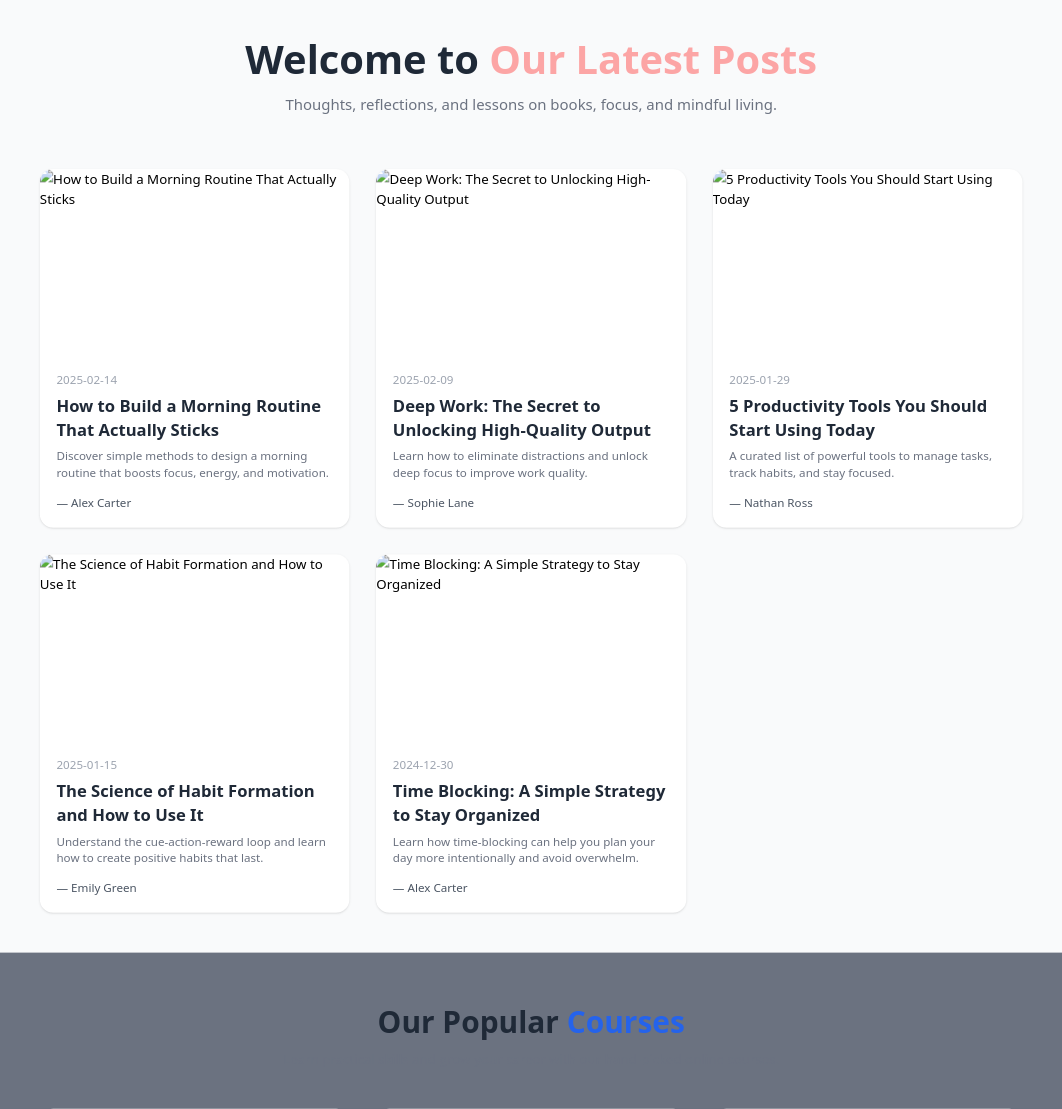
Repository: nazifat/portevalobashi
Page: /
An editor plug-in stored every save of this project. The page is shown before and after a run of saves, followed by the edit.
The browser window is 1280 px wide. The pictures show the part of the page from y = 872 to 2208 px (the page is 4009 px tall), at 83% of full size.
Pictures or frames that could not be fetched are drawn as grey boxes. The project was rebuilt for these pictures with package versions that can differ from the ones it lists, and the page was loaded fresh each time. Also part of the build but not shown: vite.config.js, src/Pages/ErrorPage/ErrorPage.jsx, src/Pages/Login/Login.jsx, src/Pages/Registration/Registration.jsx, src/Pages/Courses/Courses.jsx.

Above is the page before, as saved 2025-11-08 20:09:26.

### index.html
<!doctype html>
<html lang="en">
  <head>
    <meta charset="UTF-8" />
    <link rel="icon" type="image/svg+xml" href="https://i.ibb.co.com/RJhrnPz/learning.png" />
    <meta name="viewport" content="width=device-width, initial-scale=1.0" />
    <title>course-selling-client</title>
  </head>
  <body>
    <div id="root"></div>
    <script type="module" src="/src/main.jsx"></script>
  </body>
</html>

### src/main.jsx
import { StrictMode } from 'react'
import { createRoot } from 'react-dom/client'
import './index.css'
import {
  RouterProvider,
} from "react-router-dom";
import { router } from './Providers/RouterProvider';


createRoot(document.getElementById('root')).render(
  <StrictMode>
    <RouterProvider router={router} />
  </StrictMode>,
)

### src/index.css
@tailwind base;
@tailwind components;
@tailwind utilities;

/* Default bullet color */
.swiper-pagination-bullet {
  border-radius: 4px !important;
  width: 25px !important;
  height: 9px !important;
  background-color: white !important;
}

/* Active bullet color */
.swiper-pagination-bullet-active {
  background-color: palevioletred !important; /* Tailwind 'blue-600' */
  opacity: 1;
}

### src/Providers/RouterProvider.jsx
import {
    createBrowserRouter,
} from "react-router-dom";
import Root from "../Root/Root";
import Home from "../Pages/Home/Home";
import ErrorPage from "../Pages/ErrorPage/ErrorPage";
import Login from "../Pages/Login/Login";
import Registration from "../Pages/Registration/Registration";
import Courses from "../Pages/Courses/Courses";


export const router = createBrowserRouter([
    {
        path: "/",
        element: <Root></Root>,
        errorElement: <ErrorPage></ErrorPage>,
        children: [
            {
                path: "/",
                element: <Home></Home>
            },
            {
                path: "/login",
                element: <Login></Login>

            },
            {
                path: "/registration",
                element: <Registration></Registration>

            },
            {
                path: "/courses",
                element: <Courses></Courses>
            }

        ]
    },
]);

### src/Root/Root.jsx
import React from 'react';
import Navbar from '../Components/Shared/Navbar/Navbar';
import Footer from '../Components/Shared/Footer/Footer';
import { Outlet } from 'react-router-dom';

const Root = () => {
    return (
        <div>
            <Navbar></Navbar>
            <Outlet></Outlet>
            <Footer></Footer>
        </div>
    );
};

export default Root;

### src/Pages/Home/Home.jsx
import React from 'react';
import Banner from './Banner/Banner';
import HomeBlog from './HomeBlog/HomeBlog';
import CourseSection from './CourseSection/CourseSection';
import BookQuotes from './BookQuotes/BookQuotes';

const Home = () => {
    return (
        <div>
            <Banner></Banner>
            <HomeBlog></HomeBlog>
            <CourseSection></CourseSection>
            <BookQuotes></BookQuotes>

        </div>
    );
};

export default Home;

### src/Components/Shared/Navbar/Navbar.jsx
import React from 'react';
import { Link, NavLink } from 'react-router-dom';
import './Navbar.css'

const Navbar = () => {
    const navlinks = <>
        <li>
            <NavLink to="/">Home</NavLink>
        </li>
        <li>
            <NavLink to="/courses">Courses</NavLink>
        </li>
        <li>
            <NavLink to="/login">Login</NavLink>
        </li>
        <li>
            <NavLink to="/registration">Registration</NavLink>
        </li>


    </>
    return (
        <div className="navbar bg-base-100 custom-navbar">
            <div className="navbar-start ">
                <div className="dropdown">
                    <div tabIndex={0} role="button" className="btn btn-ghost lg:hidden">
                        <svg
                            xmlns="http://www.w3.org/2000/svg"
                            className="h-5 w-5"
                            fill="none"
                            viewBox="0 0 24 24"
                            stroke="currentColor">
                            <path
                                strokeLinecap="round"
                                strokeLinejoin="round"
                                strokeWidth="2"
                                d="M4 6h16M4 12h8m-8 6h16" />
                        </svg>
                    </div>
                    <ul
                        tabIndex={0}
                        className="menu menu-sm dropdown-content bg-base-100 rounded-box z-[1] mt-3 w-52 p-2 shadow">
                        {navlinks}
                    </ul>
                </div>
                <a className="btn btn-ghost text-xl">SkillMate</a>
            </div>
            <div className="navbar-center hidden lg:flex">
                <ul className="menu menu-horizontal px-1">
                    {navlinks}
                </ul>
            </div>
            <div className="navbar-end">
                <Link to="/login" className="btn">Login</Link>
            </div>
        </div>
    );
};

export default Navbar;

### src/Components/Shared/Footer/Footer.jsx
import React from "react";
import { FaFacebookF, FaTwitter, FaInstagram, FaLinkedinIn } from "react-icons/fa";

const Footer = () => {
  return (
    <footer className="bg-gray-900 text-gray-300 py-12 px-6 md:px-12">
      <div className="max-w-7xl mx-auto grid grid-cols-1 md:grid-cols-4 gap-8">
        {/* About Section */}
        <div>
          <h3 className="text-xl font-bold text-white mb-4">About Us</h3>
          <p className="text-gray-400">
            Welcome to Nazifa’s Blog — sharing insights, courses, and inspiration for mindful living and personal growth.
          </p>
        </div>

        {/* Quick Links */}
        <div>
          <h3 className="text-xl font-bold text-white mb-4">Quick Links</h3>
          <ul className="space-y-2">
            <li><a href="#" className="hover:text-blue-500 transition-colors">Home</a></li>
            <li><a href="#" className="hover:text-blue-500 transition-colors">Blog</a></li>
            <li><a href="#" className="hover:text-blue-500 transition-colors">Courses</a></li>
            <li><a href="#" className="hover:text-blue-500 transition-colors">About</a></li>
            <li><a href="#" className="hover:text-blue-500 transition-colors">Contact</a></li>
          </ul>
        </div>

        {/* Courses Links */}
        <div>
          <h3 className="text-xl font-bold text-white mb-4">Courses</h3>
          <ul className="space-y-2">
            <li><a href="#" className="hover:text-blue-500 transition-colors">React</a></li>
            <li><a href="#" className="hover:text-blue-500 transition-colors">JavaScript</a></li>
            <li><a href="#" className="hover:text-blue-500 transition-colors">UI/UX Design</a></li>
            <li><a href="#" className="hover:text-blue-500 transition-colors">MERN Stack</a></li>
          </ul>
        </div>

        {/* Social Media */}
        <div>
          <h3 className="text-xl font-bold text-white mb-4">Follow Us</h3>
          <div className="flex space-x-4">
            <a href="#" className="hover:text-blue-500 transition-colors"><FaFacebookF /></a>
            <a href="#" className="hover:text-blue-400 transition-colors"><FaTwitter /></a>
            <a href="#" className="hover:text-pink-500 transition-colors"><FaInstagram /></a>
            <a href="#" className="hover:text-blue-700 transition-colors"><FaLinkedinIn /></a>
          </div>
        </div>
      </div>

      {/* Bottom Text */}
      <div className="text-center text-gray-500 mt-12 text-sm">
        &copy; {new Date().getFullYear()} Nazifa’s Blog. All rights reserved.
      </div>
    </footer>
  );
};

export default Footer;

### src/Pages/Home/Banner/Banner.jsx
import React, { useRef, useState } from 'react';
// Import Swiper React components
import { Swiper, SwiperSlide } from 'swiper/react';

// Import Swiper styles
import 'swiper/css';
import 'swiper/css/pagination';
import slider from '/public/slider.json';

console.log(slider)



// import required modules
import { Pagination, Autoplay, EffectFade } from 'swiper/modules';

const Banner = () => {
    return (
        <div>
            <Swiper
                pagination={{ clickable: true }}
                modules={[Pagination, Autoplay, EffectFade]}
                autoplay={{
                    delay: 2000, // time between slides (in ms)
                    disableOnInteraction: false, // keeps autoplay even after user interaction
                }}
                // effect='fade'

                className="mySwiper">
                {slider.map(slide => (
                    <SwiperSlide key={slide.id}>
                        <div
                            className="hero min-h-[600px]"
                            style={{ backgroundImage: `url(${slide.image})` }}
                        >
                            <div className="hero-overlay bg-opacity-60"></div>
                            <div className="text-center text-neutral-content">
                                <div className="max-w-md">
                                    <h1 className="mb-5 text-5xl font-bold">{slide.heading}</h1>
                                    <p className="mb-5">{slide.subtext}</p>
                                    <button className="btn">Get Started</button>
                                </div>
                            </div>
                        </div>
                    </SwiperSlide>
                ))}
            </Swiper>

        </div>
    );
};

export default Banner;

### src/Pages/Home/HomeBlog/HomeBlog.jsx
import blog from '/public/data.json'
import { motion } from "framer-motion";

const HomeBlog = () => {
    return (
        <div>
            <div className="min-h-screen bg-gray-50 px-4 md:px-12 py-12">
                {/* Hero Section */}
                <div className="text-center mb-16">
                    <h1 className="text-4xl md:text-5xl font-bold text-gray-800 mb-4">
                        Welcome to <span className="text-red-300">Our Latest Posts</span>
                    </h1>
                    <p className="text-gray-500 text-lg max-w-2xl mx-auto">
                        Thoughts, reflections, and lessons on books, focus, and mindful living.
                    </p>
                </div>

                {/* Blog Grid */}
                <div className="grid gap-8 md:grid-cols-2 lg:grid-cols-3">
                    {blog.map((post) => (
                        <motion.div
                            key={post.id}
                            whileHover={{ scale: 1.03 }}
                            transition={{ type: "spring", stiffness: 200 }}
                            className="bg-white rounded-2xl overflow-hidden shadow hover:shadow-lg transition-shadow"
                        >
                            <img
                                src={post.image}
                                alt={post.title}
                                className="w-full h-56 object-cover"
                            />
                            <div className="p-5">
                                <p className="text-sm text-gray-400">{post.date}</p>
                                <h2 className="text-xl font-semibold text-gray-800 mt-2 hover:text-blue-600 cursor-pointer">
                                    {post.title}
                                </h2>
                                <p className="text-gray-500 text-sm mt-2">{post.description}</p>
                                <div className="mt-4 text-sm text-gray-600">
                                    — {post.author}
                                </div>
                            </div>
                        </motion.div>
                    ))}
                </div>
            </div>
        </div>
    );
};

export default HomeBlog;

### src/Pages/Home/CourseSection/CourseSection.jsx
import React from "react";
import { motion } from "framer-motion";

const courses = [
  {
    id: 1,
    title: "Mastering React from Scratch",
    desc: "Learn to build fast, modern web apps using React and Tailwind CSS.",
    image: "https://source.unsplash.com/random/800x600?react",
    price: "৳1999",
  },
  {
    id: 2,
    title: "The Complete JavaScript Course",
    desc: "Deep dive into JS — from basics to advanced topics like async and ES6.",
    image: "https://source.unsplash.com/random/800x600?javascript",
    price: "৳1499",
  },
  {
    id: 3,
    title: "UI/UX Design for Beginners",
    desc: "Learn the art of creating beautiful, user-friendly designs.",
    image: "https://source.unsplash.com/random/800x600?design",
    price: "৳999",
  },
  {
    id: 4,
    title: "MERN Stack Crash Course",
    desc: "Build full-stack applications using MongoDB, Express, React, and Node.",
    image: "https://source.unsplash.com/random/800x600?coding",
    price: "৳2499",
  },
  {
    id: 5,
    title: "Digital Declutter & Focus",
    desc: "Simplify your digital life and stay productive every day.",
    image: "https://source.unsplash.com/random/800x600?focus",
    price: "৳799",
  },
  {
    id: 6,
    title: "Personal Branding & Content Writing",
    desc: "Grow your personal brand with storytelling and content strategy.",
    image: "https://source.unsplash.com/random/800x600?writing",
    price: "৳1299",
  },
];

const CourseSection = () => {
  return (
    <div className="bg-gray-500 py-16 px-6 md:px-12">
      {/* Heading */}
      <div className="text-center mb-12">
        <h2 className="text-4xl font-bold text-gray-800 mb-3">
          Our Popular <span className="text-blue-600">Courses</span>
        </h2>
        <p className="text-gray-500 max-w-2xl mx-auto">
          Learn practical skills and grow your career with our hand-picked online courses.
        </p>
      </div>

      {/* Courses Grid */}
      <div className="grid gap-8 sm:grid-cols-2 lg:grid-cols-3">
        {courses.map((course) => (
          <motion.div
            key={course.id}
            whileHover={{ scale: 1.03 }}
            transition={{ type: "spring", stiffness: 200 }}
            className="bg-white shadow-md rounded-2xl overflow-hidden hover:shadow-xl transition-all"
          >
            <img
              src={course.image}
              alt={course.title}
              className="h-52 w-full object-cover"
            />
            <div className="p-6 flex flex-col justify-between h-[220px]">
              <div>
                <h3 className="text-lg font-semibold text-gray-800 mb-2 hover:text-blue-600 transition-colors">
                  {course.title}
                </h3>
                <p className="text-gray-500 text-sm mb-4">{course.desc}</p>
              </div>
              <div className="flex justify-between items-center">
                <span className="font-semibold text-blue-600">{course.price}</span>
                <button className="px-4 py-2 bg-blue-600 text-white rounded-lg hover:bg-blue-700 transition-all shadow-sm">
                  Buy Course
                </button>
              </div>
            </div>
          </motion.div>
        ))}
      </div>
    </div>
  );
};

export default CourseSection;

### src/Pages/Home/BookQuotes/BookQuotes.jsx
import React from "react";
import { Swiper, SwiperSlide } from "swiper/react";
import { Autoplay, Pagination, EffectFade } from "swiper/modules";
import "swiper/css";
import "swiper/css/pagination";
import "swiper/css/effect-fade";

const quotes = [
  {
    id: 1,
    quote: "The only way to do great work is to love what you do.",
    author: "Steve Jobs",
    book: "The Innovation Secrets of Steve Jobs",
  },
  {
    id: 2,
    quote: "It is not that we have a short time to live, but that we waste much of it.",
    author: "Seneca",
    book: "On the Shortness of Life",
  },
  {
    id: 3,
    quote: "You become what you give your attention to.",
    author: "Epictetus",
    book: "Discourses and Selected Writings",
  },
  {
    id: 4,
    quote: "The more you know who you are and what you want, the less you let things upset you.",
    author: "Sofia Coppola",
    book: "Lost in Translation",
  },
  {
    id: 5,
    quote: "We suffer more in imagination than in reality.",
    author: "Seneca",
    book: "Letters from a Stoic",
  },
  {
    id: 6,
    quote: "Your future is created by what you do today, not tomorrow.",
    author: "Robert Kiyosaki",
    book: "Rich Dad Poor Dad",
  },
];

const BookQuotesSlider = () => {
  return (
    <section className="bg-gray-50 py-20 px-6 md:px-12">
      {/* Section Header */}
      <div className="text-center mb-10">
        <h2 className="text-4xl font-bold text-gray-800 mb-3">
          <span className="text-blue-600">Quotes</span> from Books
        </h2>
        <p className="text-gray-500 max-w-2xl mx-auto">
          Let wisdom from great books inspire your thoughts every day.
        </p>
      </div>

      {/* Swiper Slider */}
      <Swiper
        modules={[Autoplay, Pagination, EffectFade]}
        effect="fade"
        autoplay={{
          delay: 4000,
          disableOnInteraction: false,
        }}
        pagination={{ clickable: true }}
        loop={true}
        className="max-w-3xl mx-auto"
      >
        {quotes.map((q) => (
          <SwiperSlide key={q.id}>
            <div className="bg-white rounded-2xl shadow-md p-10 text-center mx-auto max-w-2xl">
              <p className="text-xl italic text-gray-700 leading-relaxed mb-6">
                “{q.quote}”
              </p>
              <div>
                <p className="font-semibold text-blue-600">{q.author}</p>
                <p className="text-gray-400 text-sm">{q.book}</p>
              </div>
            </div>
          </SwiperSlide>
        ))}
      </Swiper>
    </section>
  );
};

export default BookQuotesSlider;

### src/Components/Shared/Navbar/Navbar.css
.custom-navbar ul li .active {
  /* text-decoration: underline; */
  color: brown;
  background-color: pink;
}

### public/slider.json
[
  {
    "id": 1,
    "image": "https://images.pexels.com/photos/10986252/pexels-photo-10986252.jpeg",
    "heading": "Master Your Focus",
    "subtext": "Learn science-backed strategies to stay distraction-free and get more done."
  },
  {
    "id": 2,
    "image": "https://png.pngtree.com/thumb_back/fw800/background/20220621/pngtree-on-a-wooden-table-vintage-books-a-cup-of-coffee-preserved-flowers-and-burning-candles-photo-image_47213080.jpg",
    "heading": "Build Strong Habits",
    "subtext": "Turn small daily actions into long-term progress and life transformation."
  },
  {
    "id": 3,
    "image": "https://img.freepik.com/free-photo/flat-lay-bookmark-books-assortment_23-2149894329.jpg?semt=ais_hybrid&w=740&q=80",
    "heading": "Control Your Time",
    "subtext": "Use simple time management frameworks to structure your day with intention."
  },
    {
    "id": 4,
    "image": "https://img.freepik.com/free-photo/high-angle-book-arrangement-wooden-table_23-2148328291.jpg?semt=ais_hybrid&w=740&q=80",
    "heading": "Tools That Enhance Productivity",
    "subtext": "Discover the best apps and systems to streamline your workflow."
  },
  {
    "id": 5,
    "image": "https://media.istockphoto.com/id/859591378/photo/coffee-and-book.jpg?s=612x612&w=0&k=20&c=ovISonm_ZpwA3CgDuty2LGewEDDjcuc8yiFnuRBp8hQ=",
    "heading": "Deep Work Mindset",
    "subtext": "Unlock deep focus and produce high-quality work consistently."
  }
]

### public/data.json
[
  {
    "title": "How to Build a Morning Routine That Actually Sticks",
    "slug": "build-a-morning-routine",
    "tags": ["productivity", "morning routine", "habits"],
    "featured_image": "https://example.com/images/morning-routine.jpg",
    "date": "2025-02-14",
    "author": "Alex Carter",
    "read_time": "6 min",
    "description": "Discover simple methods to design a morning routine that boosts focus, energy, and motivation.",
    "content_outline": [
      "Why a morning routine matters",
      "How to choose meaningful habits",
      "Start small and scale slowly",
      "Track progress without burnout"
    ]
  },
  {
    "title": "Deep Work: The Secret to Unlocking High-Quality Output",
    "slug": "deep-work-focus",
    "tags": ["focus", "mindset", "deep work"],
    "featured_image": "https://example.com/images/deep-work.jpg",
    "date": "2025-02-09",
    "author": "Sophie Lane",
    "read_time": "8 min",
    "description": "Learn how to eliminate distractions and unlock deep focus to improve work quality.",
    "content_outline": [
      "What deep work means",
      "Understanding attention residue",
      "Removing digital distractions",
      "Creating blocks of uninterrupted work"
    ]
  },
  {
    "title": "5 Productivity Tools You Should Start Using Today",
    "slug": "top-productivity-tools",
    "tags": ["productivity tools", "apps", "workflow"],
    "featured_image": "https://example.com/images/tools.jpg",
    "date": "2025-01-29",
    "author": "Nathan Ross",
    "read_time": "5 min",
    "description": "A curated list of powerful tools to manage tasks, track habits, and stay focused.",
    "content_outline": [
      "Task management apps",
      "Time tracking tools",
      "Focus enhancement tools",
      "Automation tools"
    ]
  },
  {
    "title": "The Science of Habit Formation and How to Use It",
    "slug": "science-of-habits",
    "tags": ["habits", "self-improvement", "psychology"],
    "featured_image": "https://example.com/images/habits.jpg",
    "date": "2025-01-15",
    "author": "Emily Green",
    "read_time": "7 min",
    "description": "Understand the cue-action-reward loop and learn how to create positive habits that last.",
    "content_outline": [
      "How habits are formed",
      "Breaking bad habit loops",
      "Stacking new habits",
      "Reward-based reinforcement"
    ]
  },
  {
    "title": "Time Blocking: A Simple Strategy to Stay Organized",
    "slug": "time-blocking-method",
    "tags": ["time management", "organization", "planning"],
    "featured_image": "https://example.com/images/time-blocking.jpg",
    "date": "2024-12-30",
    "author": "Alex Carter",
    "read_time": "6 min",
    "description": "Learn how time-blocking can help you plan your day more intentionally and avoid overwhelm.",
    "content_outline": [
      "What is time-blocking?",
      "How to set up your day",
      "Balancing work and rest",
      "Common mistakes to avoid"
    ]
  }
]

### tailwind.config.js
/** @type {import('tailwindcss').Config} */
export default {
  content: [
    "./index.html",
    "./src/**/*.{js,ts,jsx,tsx}",
  ],


  theme: {
    extend: {},
  },
  plugins: [
    require('daisyui'),

  ],
}

After the next 2 saves:
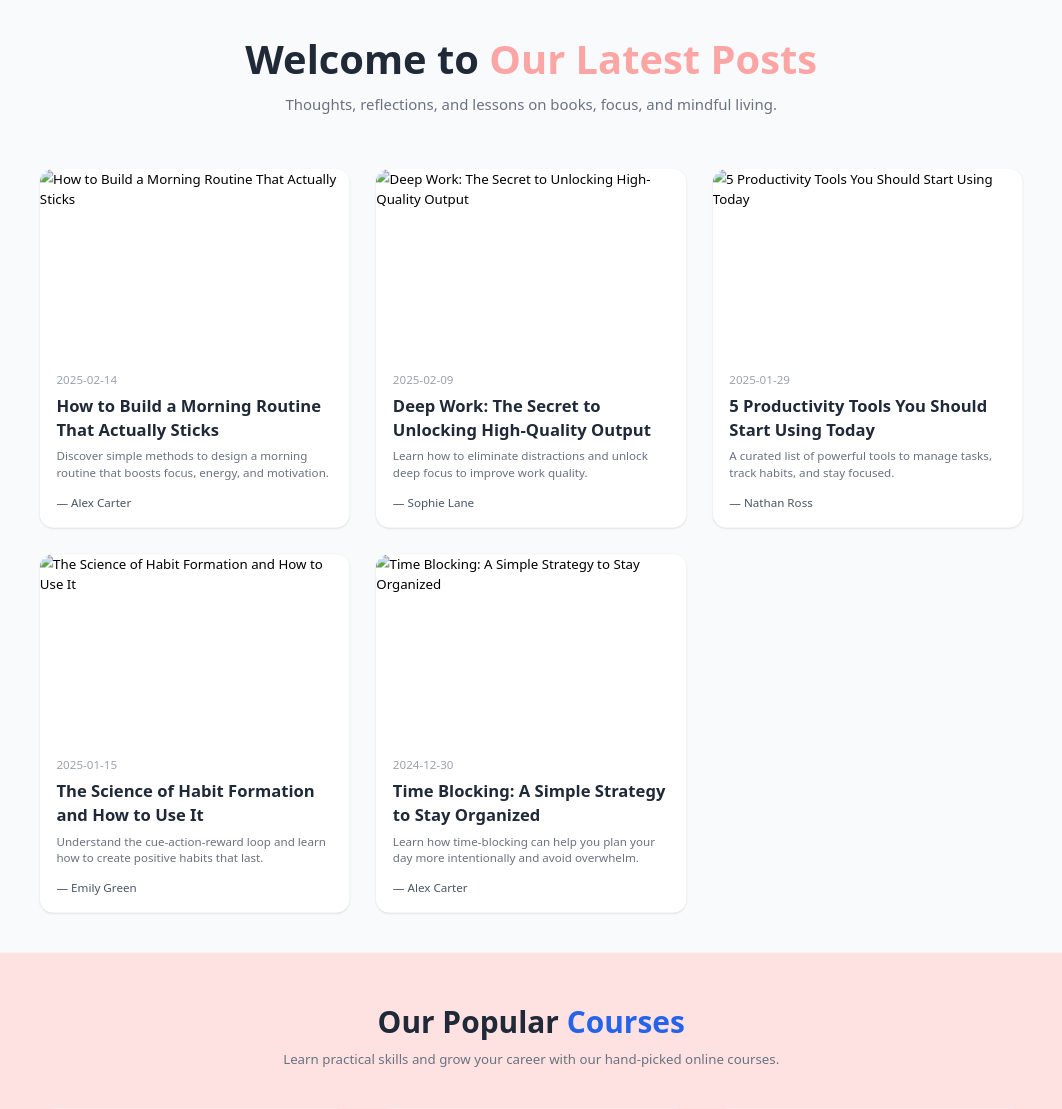
The 2 saves are shown as one change because they came seconds apart.
The last was saved 12 s later.
--- a/src/Pages/Home/CourseSection/CourseSection.jsx
+++ b/src/Pages/Home/CourseSection/CourseSection.jsx
@@ -48,7 +48,7 @@ const courses = [
 
 const CourseSection = () => {
   return (
-    <div className="bg-gray-500 py-16 px-6 md:px-12">
+    <div className="bg-red-100 py-16 px-6 md:px-12">
       {/* Heading */}
       <div className="text-center mb-12">
         <h2 className="text-4xl font-bold text-gray-800 mb-3">
